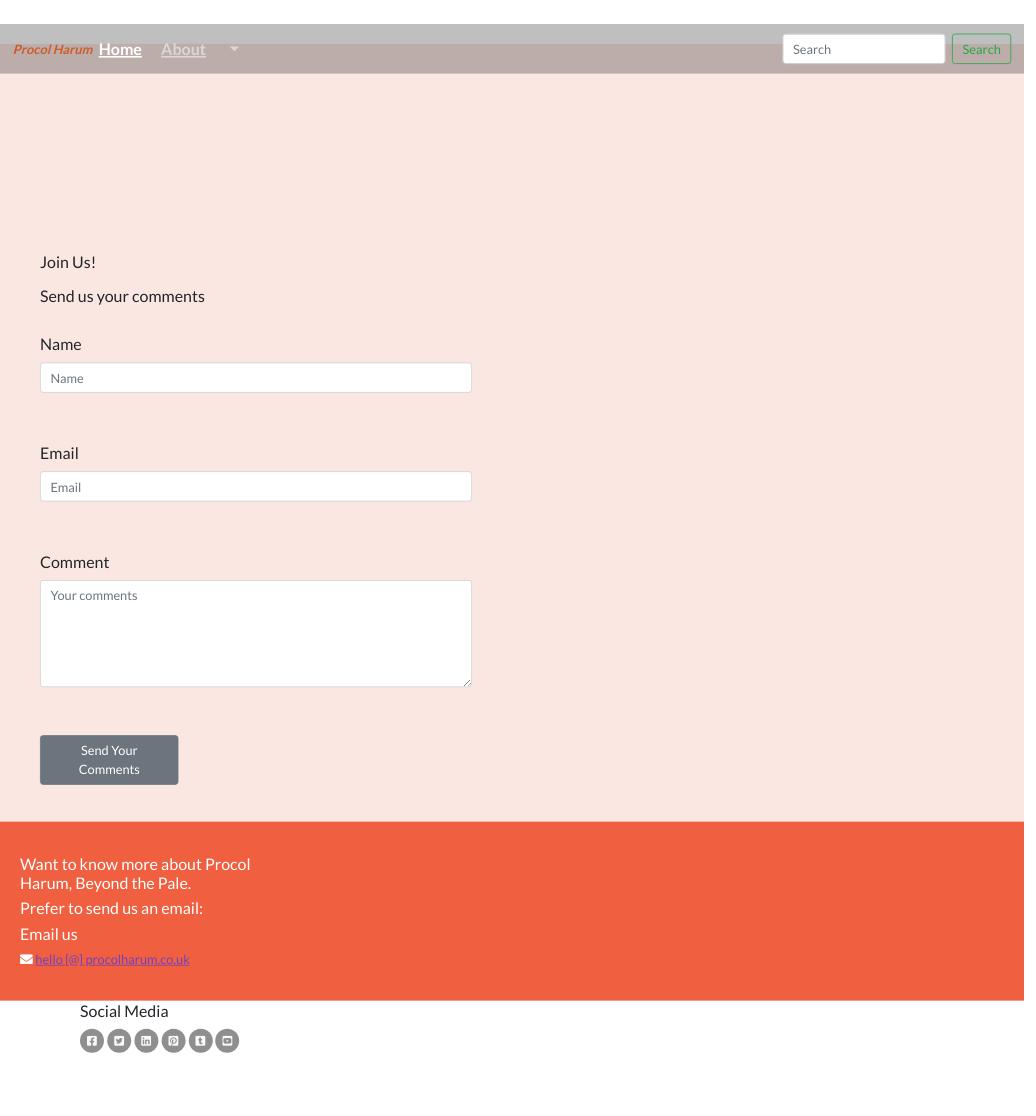
Repository: SOliv1/procol-harum-beyond-the-pale
Page: contact.html
The author's editor kept a record of every edit. The page is drawn from the files as they stood at one moment, then again after the next edit.
The browser window is 1280 px wide. The page is 1295 px wide, so the pictures cover 1295 px, including what lies to the right of the window. The pictures show the whole page, at 80% of full size.
Some web libraries are served in a nearby version.

Above is the page before.

### contact.html
<!DOCTYPE html>
<html lang="en">

    <head>
        <meta charset="UTF-8">
        <meta name="viewport" content="width=device-width, initial-scale=1.0">
        <meta http-equiv="X-UA-Compatible" content="ie=edge">
        <title>" "Band Brief / Procol Harum"</title>
        <link rel="stylesheet" href="https://maxcdn.bootstrapcdn.com/bootstrap/4.2.1/css/bootstrap.min.css" type="text/css" />
        <link rel="stylesheet" href="https://use.fontawesome.com/releases/v5.8.2/css/all.css" />
        <link href="https://fonts.googleapis.com/css?family=Lato:400,700,900" rel="stylesheet">
        <link rel="stylesheet" href="assets/css/main.css" type="text/css" />
    </head>

    <div class="container-fluid navalert-container">
        <nav class="navbar navbar-dark navbar-expand-sm">
            <div class="navbar-logo">Procol Harum
            </div>
            <button class="navbar-toggler ml-auto" type="button" data-toggle="collapse" data-target="#navbarNavDropdown" aria-controls="navbarNavDropdown" aria-expanded="false" aria-label="Toggle navigation">
                <span class="navbar-toggler-icon"></span>
                </button>
            <!-- Nav-bar-collapse -->
            <div class="collapse navbar-collapse" id="navbarNavDropdown">
                <ul class="navbar-nav mr-auto">
                    <li class="active nav-item mr-2"><a class="nav-link" href="/">Home</a></li>
                    <li class="nav-item mr-2"><a class="nav-link" href="#about-header">About</a></li>
                    <li class="nav-item dropdown">
                        <a class="nav-link dropdown-toggle" href="#" id="navbarDropdownMenuLink" role="button" data-toggle="dropdown" aria-haspopup="true" aria-expanded="false">
                            </a>
                        <div class="dropdown-menu" aria-labelledby="#navbarDropdownMenuLink">
                            <a class="dropdown-item" href="index.html">Home</a>
                            <a class="dropdown-item" href="#about-header">About</a>
                            <a class="dropdown-item" href="#happenings-header">Happenings</a>
                            <a class="dropdown-item" href="#concerts-header">Concerts</a>
                            <a class="dropdown-item" href="#anthology-header">Anthology</a>
                            <a class="dropdown-item" href="#whiter-header">Legendary</a>
                            <a class="dropdown-item" href="#beyond-header">Beyond</a>
                            <a class="dropdown-item" href="gallery.html">Gallery</a>
                            <a class="dropdown-item" href="contact.html">Contact</a>
                        </div>
                        <div class="dropdown-menu" aria-labelledby="#navbarDropdownMenuLink">
                            <div class="dropdown-divider">
                                <a class="dropdown-item" href="#gallery">Dropdown</a>
                            </div>
                        </div>
                    </li>
                </ul>
                <form class="form-inline mt-2 mt-md-0">
                    <input class="form-control mr-sm-2" type="text" placeholder="Search" aria-label="Search">
                    <button class="btn btn-outline-success my-2 my-sm-0" type="submit">Search</button>
                </form>
            </div>
        </nav>
    </div>

    <header>
        <section class="container-wrapper container-wrapper--pale">
            <div class="container-fluid">
                <div class="row">
                    <div class="col-sm-4 col-md-6 col-12">
                        <div class="form">
                                <!-- start-submit form -->
                            <form action="/action_page.php">
                                <fieldset>
                                    <legend>
                                        <h5>Join Us!</h5>
                                    </legend>
                                    </h5>Send us your comments</h5>

                                        <!-- start-name/email/comments-form -->
                                    <br><br><label for="name">Name</label><input type="text" name="name" id="fullname" class="form-control" placeholder="Name" required/>
                                    <br><br><label for="email">Email</label><input type="text-email-address" name="email" class="form-control" placeholder="Email" required>
                                    <br><br><label for="comment">Comment</label><textarea name="comment" class="form-control" placeholder="Your comments" required rows="5" cols="32"></textarea>
                                    <br><br>
                                    <div class="form-row text-center">
                                        <div class="col-md-4 mb-3">
                                            <button type="submit" class="btn btn-secondary">Send Your Comments</button>
                                        </div>
                                </fieldset>
                            </form>
                            <!-- end-name/email/comments-form -->
                        </div>
                        <!-- end-submit form -->
                    </div>
                </div>
            </div>
            </div>
        </section>
    </header>

    <section class="container-wrapper container-wrapper--red">
        <div class="row">
            <div class="col-sm-4 md-8">
                <div class="emailer">
                    <h5>Want to know more about Procol Harum, Beyond the Pale.</h5>
                    <h5>Prefer to send us an email:</h5>
                    <h5 id="email-header">Email us</h5>
                    <i class="fas fa-envelope"></i>
                    <a href="mailto:hello@procolharum.co.uk">hello [@] procolharum.co.uk
                    </a>
                </div>
            </div>
        </div>
    </section>

    <footer class="container-wrapper">
        <div class="container">
            <div class="col-xs-12 col-sm-12 col-md-4" "social-links">
                <h5 class="uppercase general-sub">Social Media</h5>
                <ul class="list-inline social-links ">
                    <li><a target="_blank" href="#facebook"><i class="fab fa-facebook-square "></i></a></li>
                    <li><a target="_blank" href="#twitter"><i class="fab fa-twitter-square "></i></a></li>
                    <li><a target="_blank" href="#linkedin"><i class="fab fa-linkedin "></i></a></li>
                    <li><a target="_blank" href="#pinterest"><i class="fab fa-pinterest-square "></i></a></LI>
                    <li><a target="_blank" href="#instagram"><i class="fab fa-tumblr-square "></i></a></li>
                    <li><a target="_blank" href="#youtube"><i class="fab fa-youtube-square "></i></a></li>
                </ul>
            </div>
        </div>
    </footer>

    <script src="https://code.jquery.com/jquery-3.3.1.slim.min.js" integrity="sha384-q8i/X+965DzO0rT7abK41JStQIAqVgRVzpbzo5smXKp4YfRvH+8abtTE1Pi6jizo " crossorigin="anonymous">
    </script>
    <script src="https://cdnjs.cloudflare.com/ajax/libs/popper.js/1.14.3/umd/popper.min.js" integrity="sha384-ZMP7rVo3mIykV+2+9J3UJ46jBk0WLaUAdn689aCwoqbBJiSnjAK/l8WvCWPIPm49" crossorigin="anonymous"></script>
    <script src="https://stackpath.bootstrapcdn.com/bootstrap/4.1.3/js/bootstrap.min.js" integrity="sha384-ChfqqxuZUCnJSK3+MXmPNIyE6ZbWh2IMqE241rYiqJxyMiZ6OW/JmZQ5stwEULTy" crossorigin="anonymous"></script>
    </body>

</html>

### assets/css/main.css
/* @import url("https://fonts.googleapis.com/css?family=Lato:400,700,900) */

/*--   Home-Page -------------------------------------------------- */


body {
    font-family: 'Lato', sans-serif;
}

margin {
    width:1200px;
    left:auto;
    right:auto;
    top: 0;
    bottom:0;

}
/*--- dropdown-menu styles ---*/

.navbar-nav .mr-auto ul {
    list-style-type: none;
    margin: 0;
    padding: 0;
    width: 200px;
    background-color: #f1f1f1;
}

.active .nav-item .mr-2 li a {
    display: block;
    color: #000;
    padding: 8px 16px;
    text-decoration: none;
}

/*--  Change the link color on hover -------*/

.nav-link li a:hover {
    background-color: #555;
    color: #fff;
}

li a.active {
    background-color: #4CAF50;
    color: #fff;
}

li a:hover:not(.active) {
    background-color: #555;
    color: #fff;
}


/*--  Container-wrappers   ----*/

.container-wrapper {
    background-color: #fff;
}

.container-wrapper--red {
    background-color: #f05f40;
    color: #fff;
}

.container-wrapper--pale {
    background-color: #fbe7e2;
}

/*-- Image Containers - creates a scroll flexible background ------*/

.callout-container  {
    height: 100vh;
    background: url("../images/poco-8.png") no-repeat bottom right fixed;
    -webkit-background-size: cover;
    -moz-background-size: cover;
    -o-background-size: cover;
    background-size: cover;

    display: flex;
    align-items: center;
    justify-content: center;

    position: relative;
}

.media img {
    height: 150px;
    object-fit: contain;
    min-height: 100%;
    max-height: none;
    border-radius: 15% 15% 15% 15% / 10% 10% 10% 10%;
}


.opaque-overlay {
    position: absolute;
    top: 0;
    left: 0;
    height: 100%;
    width: 100%;
    background-color: rgba(0, 0, 0, 0.2);
}


.opaque-overlay {
    position: absolute;
    top: 0;
    left: 0;
    height: 100%;
    width: 100%;
    background-color: rgba(0, 0, 0, 0.2);
}

.wrapper {
    height: 100px;
    width: 100px;
    color: ffff;
}


/*-- Navalert - Navbars --*/

.navalert-container {
    position: absolute;
    top: 0;
    left: 0;
    z-index: 1;
    padding-left: 0;
    padding-right: 0;
}

.navbar .navbar-toggler {
    border: 0;
}

.navbar .navbar-logo {
    font-weight: bold;
    font-size: medium;
    font-style: oblique;
    color: #ce5a2b;
}

.navbar .navbar-nav a {
    font-weight: bold;
}

/* Navbar */

.navbar {
    margin-bottom: 0;
    position: absolute;
    top: 0;
    left: 0;
    width: 100%;
    z-index: 1;
    background-color: rgba(0, 0, 0, .25);
    border: 0;
}

.navbar-default .navbar-collapse {
    border-color: transparent;
}

/*-- Jumbotron-text center --*/

h3 .text-header {
    font-weight: 400px;
    font-size: 2.6rem;
    margin: 35px auto;
    text-align: center
}

.jumbotron .lead {
    margin: 35px auto;
    text-align: center;
}

p {
    box-sizing: border-box;
    color: #fff;
    background-color: transparent;
    text-align: center;
}

a {
    color: #fff;
    text-decoration: none;
    background-color: transparent;
    text-align: center;
}

a:hover {
    color: #00BCD4;
    text-decoration: none;
}


.jumbotron-header h2 {
    width: 1000px;
    clear: both;
    font-family: 'Lato', serif;
    font-size: 72px;
    line-height: 80px;
}


/*-- Colours --*/

.jumbotron {
    background-color: transparent;
}

.jumbotron .lead {
    color: #fff;
}

.text-center {
    color: #fff;
}

.jumbotron-header span {
    color: #ce5a2b;
}

.jumbotron-header {
    color: #ffc107;
}

.jumbotron-header-1 span {
    color: #ce5a2b;
}

.jumbotron-header-1 {
    color: #ce5a2b;
}

/*-- Content-container --*/

.content-container {
    padding-top: 65px;
    padding-bottom: 75px;
    margin: 35px;
}

.container-fluid .about-container {
    padding-top: 35px;
    padding-bottom: 20px;
}


.container-fluid {
    margin-top: 30px;
    padding-top: 30px;
    padding-bottom: 30px;
}

/*-- Images --------------*/

.img .style .height {
    background-image: url("..images/poco-6.png");
}

/*-- Images-2  -------*/

.media img {
    height: 150px;
    object-fit: contain;
    min-height: 100%;
    max-height: none;
    border-radius: 15% 15% 15% 15% / 10% 10% 10% 10%;
}

/*-- Block dividers -----------*/

.block-divider {
    width: 75px;
    height: 5px;
    border: 0;
    background-color: #444;
}

.block-divider--orange {
    background-color: #f05f40;
}


.block-divider--dark {
    background-color: #6f42c1;
}


/*--------- About section ----------*/

.section .id-about .about-row {
    padding-bottom: 10%;
    font-size: 1.75em;
    line-height: 2;
}

.about-header {
    font-weight: bold;
    margin-top: 25px;
}

p {
    box-sizing: border-box;
    text-align: justify;
    margin-bottom: 35px;
    color: #000;
}

.about-row .about-p {
    font-size: .8em;
    margin: 40px 0px 40px 0px;
}

b {
    font-weight: bold;
}

/*-- Happenings --*/


/*-- Concerts --*/

.concerts  h3  {
    text-align: center;
    color:#000;
}


h3 {
    font-weight: bold;
    color: #fff;
}


h4 {
    font-weight: bold;
    color: #000;
}

.block-divider .short {
    width: 35px;
}

a:-webkit-any-link {
    color: #6f42c1;
    cursor: pointer;
    text-decoration: underline;
}

/* css ------------------------------------- */

.wrapper {
    height: 100px;
    width: 100px;
}

.image {
    background-image: url("image.jpg");
    background-size: cover;
    background-repeat: no-repeat;
    height: 100%;
}


/*-- Anthology container ------------------------------*/


.anthologies {
    margin: auto 0;
    text-align: center;
}

.anthology-header {
    font-weight: bold;
    margin-top: 30px;
    margin-bottom: 30px;
}

.anthology .header {
    font-weight: bold;
    margin-bottom: 30px;
    font-size: medium;
}

/*---------- Beyond Deep media-container  Audio ------------- */

.audio {
	width: 100%;
	height: 166px;
}


.callout .beyond-jumbotron .text-center {
    height: 100vh;
}

.beyond-jumbotron {
    font-weight: bold;
    color: #f05f40;
}


.block-divider--orange {
    background-color: #f05f40;
}


/* ------ Buttons -------------------------------*/

.btn--cta {
    font-weight: bold;
    border-radius: 23px;
    width: 160px;
}

.btn--red {
    color: #fff;
    background-color: #f05f40;

}

.btn--red:hover,
.btn--red:active,
.btn--red:focus,
.btn--red:active:focus {
    background-color: #df4929;
    border-color: #df4929;
    color: #fff;
}

/*-- Social-media links --*/

.social-links {
    padding-bottom: 15px;

}

.social-links li {
    display: inline;
}

.social-links li a i {
    width: 30px;
    height: 30px;
    padding: 12px 0;
    border-radius: 50%;
    font-size: 14px;
    line-height: 7px;
    text-align: center;
    color: #fafafa;
    background: #8f8f8f;
    transition: all 0.35s ease-in-out;
    -moz-transition: all 0.35s ease-in-out;
    -webkit-transition: all 0.35s ease-in-out;
    -o-transition: all 0.35s ease-in-out;
}

.social-links li a i:hover {
    background: #ce5a2b;
}

.footer-details {
    margin: 35px;
}

/*-- Gallery-Styles ---------------------------------------------------- */

body {
    font-family: 'Lato', sans-serif;
    padding-top: 25px;
    margin-top: auto;
    padding-bottom: 3rem;
    font-size: 20px;
}

.feature-heading {
    font-size: 50px;
}


.carousel {
    margin-bottom: 4rem;
}

/* Since positioning the image, we need to help out the caption */

.carousel-caption {
    bottom: 3rem;
    z-index: 10;
}

p {
    box-sizing: border-box;
    text-align: justify;
    margin-bottom: 30px;
    color: rgb(23, 20, 20);
}

p .something {
    color: #fff;
}

p span {
    color: #a7daef;
}

/* Declare heights because of positioning of img element */

.carousel-item {
    height: 32rem;
}

.carousel-item .img {
    position: absolute;
    top: 0;
    left: 0;
    min-width: 100%;
    height: 32rem;
}

.bd-placeholder-img {
    font-size: 1.125rem;
    text-anchor: middle;
    -webkit-user-select: none;
    -moz-user-select: none;
    -ms-user-select: none;
    user-select: none;
}

.btn-primary {
    color: #fff;
    background-color: #df4929;
    border-color: #f05f40;
    font-size: 15px;
    float: right;
}

.btn-primary:hover,
.btn-primary:active,
.btn-primary:focus,
.btn-primary:active:focus {
    background-color: #df4929;
    border-color: #df4929;
    color: #ce5a2b;
}

.carousel-caption {
    position: absolute;
    bottom: 20px;
    z-index: 10;
    padding-top: 20px;
    padding-bottom: 20px;
    color: #fff;
    text-align: center;
}


.image {
    background-image: url("../images/backstageband.png");
    background-size: cover;
    background-repeat: no-repeat;
    height: 100%;
}


/*---- css  ----*/

.wrapper {
    height: 100px;
    width: 100px;
}

/*--bg-info .clearfix .style --*/

.bg-info {
    background-color: #ce5a2b! important;
}

.btn .btn-secondary {
    color: #fff;
    background-color: #df4929;
    border-color: #f05f40;
    font-size: 15px;
    float: right;
}

.btn.btn-secondary:hover,
.btn.btn-secondary:active,
.btn-secondart:focus,
.btn-secondary:active:focus {
    background-color: #df4929;
    border-color: #df4929;
    color: #ce5a2b;
}


/*-- Contact-Form ----------------------------------------------*/

.form {
    position: relative;
    margin: 35px;
    margin-top: 230px;
    margin-bottom: 0;
}


h5 .uppercase .text-center {
    font-weight: bold;
    color: #fff;
}

p {
    box-sizing: border-box;
    text-align: justify;
    margin-bottom: 30px;
    color: #000;
}

.emailer {
    font-size: .8em;
    margin: 40px 25px 40px 25px;
}

.emailer b {
    font-weight: bold;
}


/*-- End - Contact-Form ----------------------------------------------*/

/*-- define variables and set to empty values----*/

/*-- Media embeds --*/

/*-- Media queries --

@media (min-width: 576px) { ... }


@media (min-width: 768px) { ... }

@media (min-width: 1200px) { ... }


/* RESPONSIVE CSS
--------------------------------------------------*/

/*-- Big info disappears on mobiles to avoid conflict with social-links --*/

 @media (min-width: 768px)    {
    .callout-container {
        color: #ce5a2b;
        background-color: transparent;
        }

 }

@media (min-width: 375px)    {
   .anthology .anthologies .container  {
        padding-left: 20px;
        height: 520px;
    }
}



@media (min-width: 992px) {
    .bg-info .btn-btn-secondary {
        background-color: #ce5a2b;
    }

    .btn .btn-secondary {
        color: #fff;
        background-color: #df4929;
        border-color: #f05f40;
        font-size: 15px;
        float: right;
        }
}



    .btn.btn-secondary:hover,
    .btn.btn-secondary:active,
    .btn-secondart:focus,
    .btn-secondary:active:focus {
        background-color: #df4929;
        border-color: #df4929;
        color: #ce5a2b;
        }



    /*styles for tablet */
    @media (min-width: 768px) {
        .media img {
            height: 150px;
            object-fit: contain;
            min-height: 100%;
            max-height: none;
            border-radius: 15% 15% 15% 15% / 10% 10% 10% 10%;
        }


    }

    /* Bump up size of carousel content */
    @media (min-width: 40em) {
        .carousel-caption p {
            margin-bottom: 1.25rem;
            font-size: 1.25rem;
            line-height: 1.4;

        }
    }


    @media (min-width: 62em)  {
        .featurette-heading {
            margin-top: 7rem;
        }

}

After the next edit:
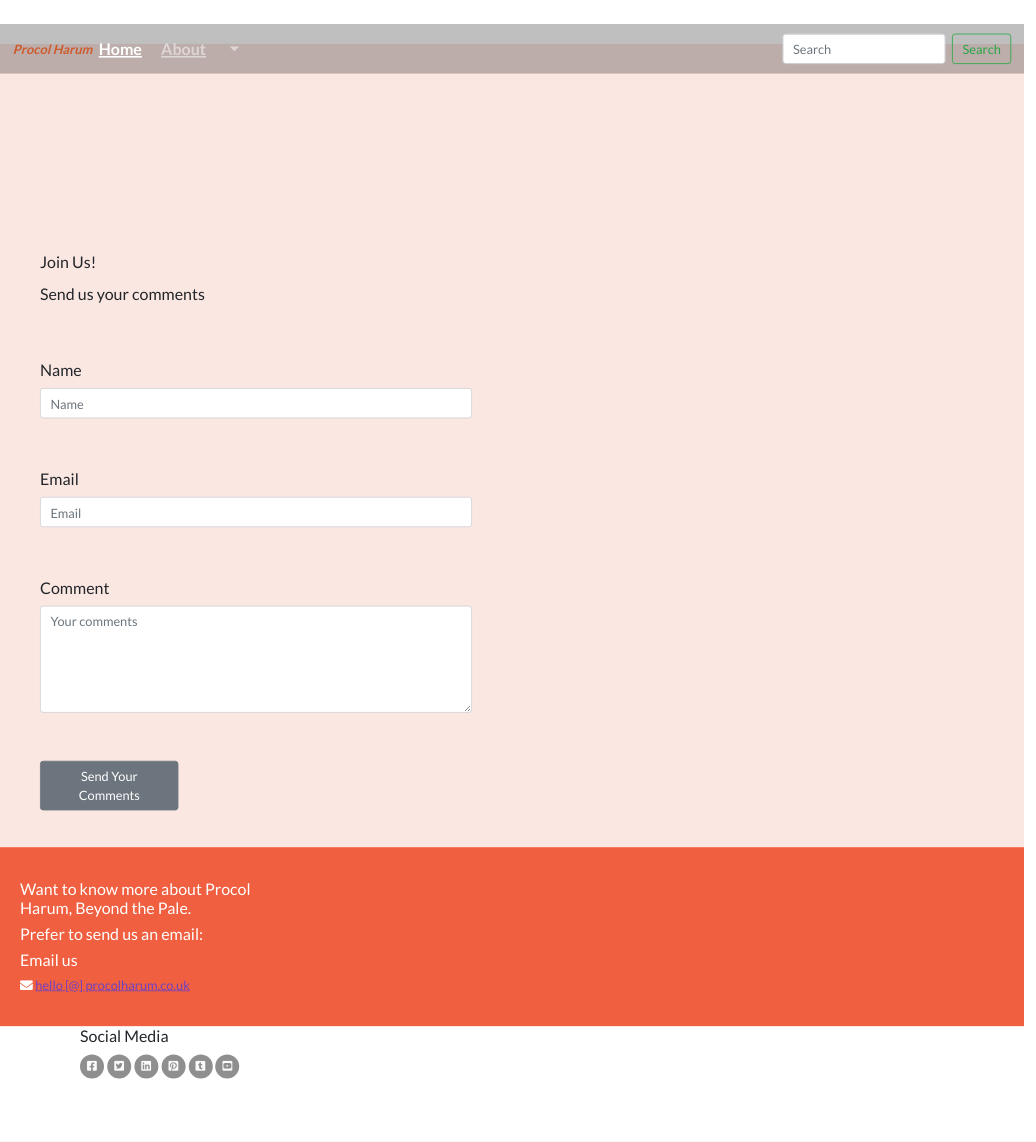
The edit:
--- a/contact.html
+++ b/contact.html
@@ -65,9 +65,9 @@
                                     <legend>
                                         <h5>Join Us!</h5>
                                     </legend>
-                                    </h5>Send us your comments</h5>
+                                        <h5>Send us your comments</h5>
+                                        <!-- start-name/email/comments-form -->
 
-                                        <!-- start-name/email/comments-form -->
                                     <br><br><label for="name">Name</label><input type="text" name="name" id="fullname" class="form-control" placeholder="Name" required/>
                                     <br><br><label for="email">Email</label><input type="text-email-address" name="email" class="form-control" placeholder="Email" required>
                                     <br><br><label for="comment">Comment</label><textarea name="comment" class="form-control" placeholder="Your comments" required rows="5" cols="32"></textarea>
